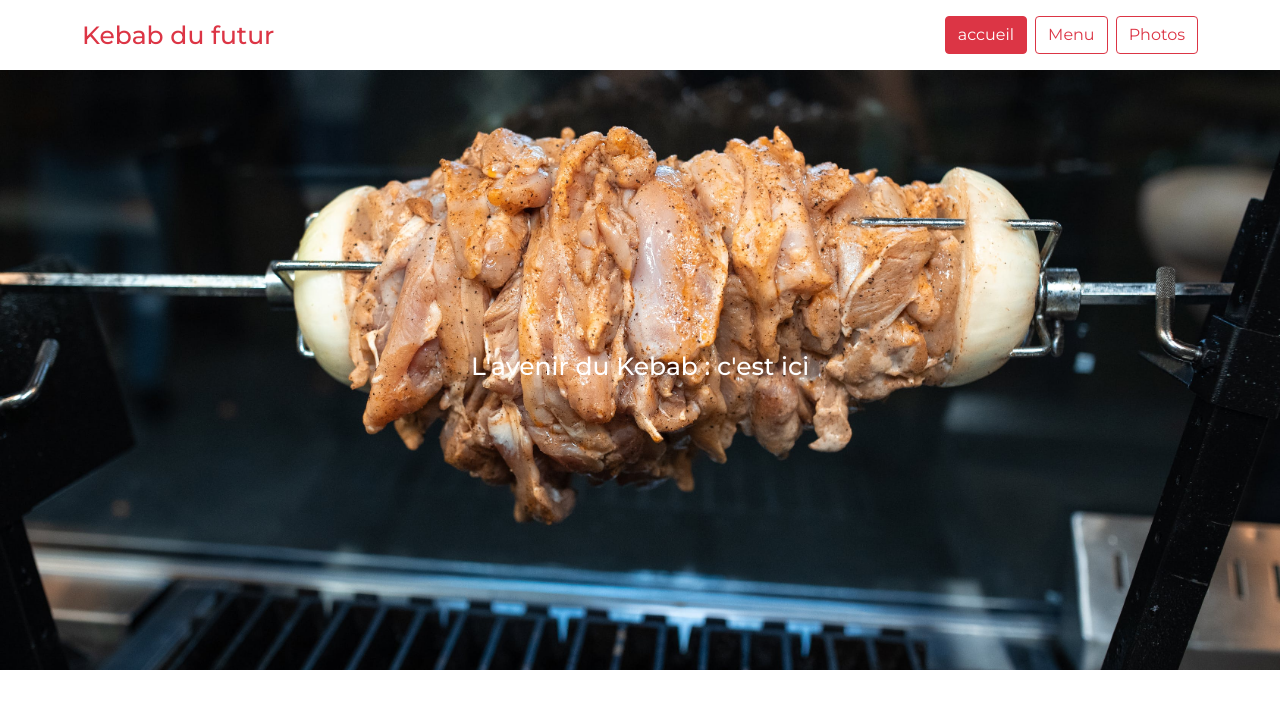
Repository: phbord/THP-js-exercices-manipulation-DOM
Page: index.html
An editor plug-in stored every save of this project. The page is shown before and after a run of saves, followed by the edit.
The browser window is 1280 px wide. The pictures show the whole page.

Above is the page before, as saved 2021-07-19 11:17:35.

After the next 6 saves:
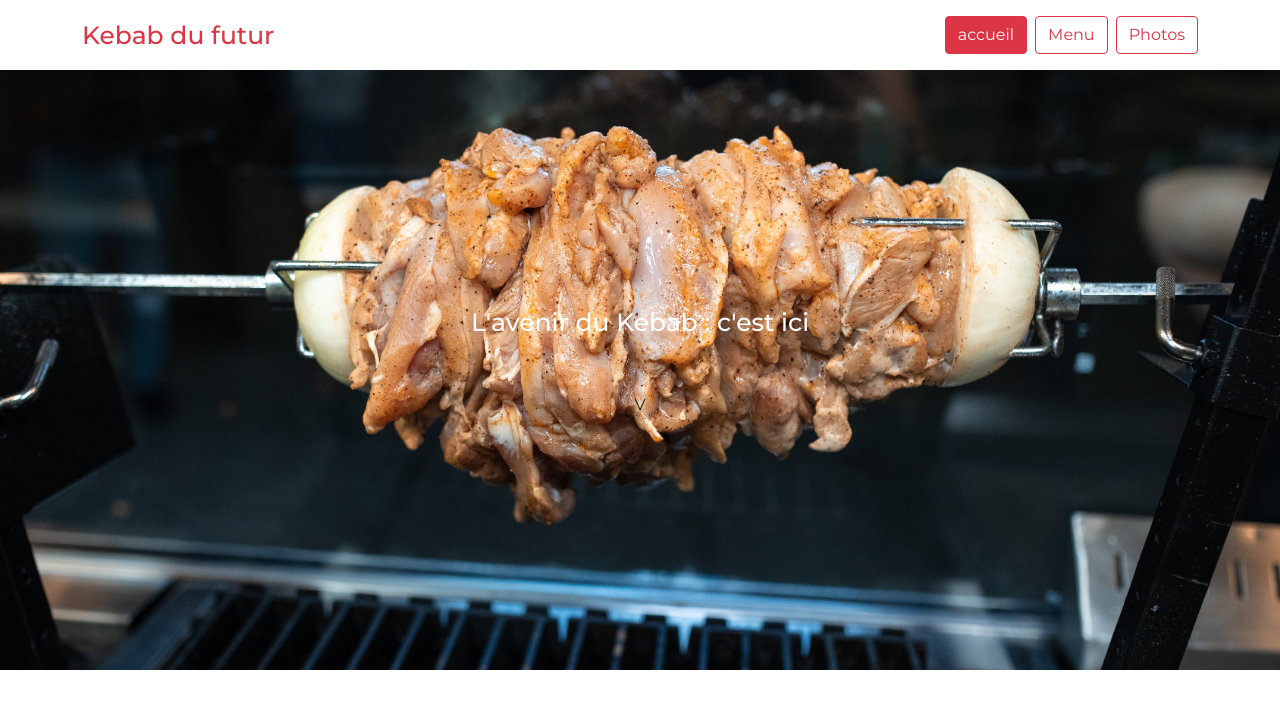
The 6 saves are shown as one change because they came seconds apart.
The last was saved 17 s later.
--- a/index.html
+++ b/index.html
@@ -33,7 +33,7 @@
         <!-- ACCUEIL -->
         <section class="home d-flex flex-column justify-content-center align-items-center">
             <h2>L'avenir du Kebab : c'est ici</h2>
-
+            <p class="mt-5">V</p>
         </section>
 
         <!-- MENU -->
